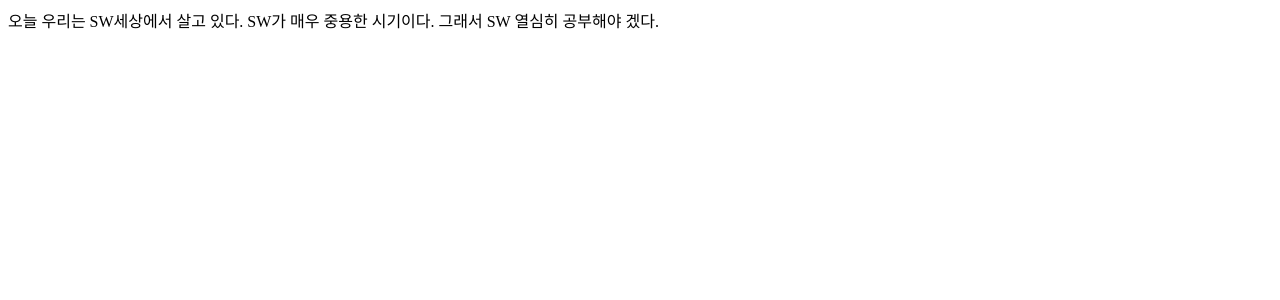
Repository: RyuJelly/java_web
Page: JavaScript/WebContent/inner/i_exam05.html
These files come from the project's save history. The page is drawn as it stood at one moment and after the next save; the edit follows.
The browser window is 1280 px wide. The pictures show the whole page.

Above is the page before, as saved 2021-03-11 01:33:08.

### JavaScript/WebContent/inner/i_exam05.html
<!DOCTYPE html>
<html>
<head>
<meta charset="UTF-8">
<title>Insert title here</title>
<script type="text/javascript">
	// 문자열.match(정규표현식) => 매칭된 결과(문자열)
/* 	var result = 'sports'.match(/sp/);

	if(result){
		alert("포함");
	} */

	//ReqExp.exec('문자열') => 매칭된 결과(문자열)
/* 	var str = "ffjfJSssss js fkdkdJS JS ffffjs"
	var re = /JS/ig;	// i: 소대문자 구분없이, g: 전역검사
	var result = re.exec(str);

	while(result){
		document.write(result + "<br>");
		result = re.exec(str);
	}	 */

	// 퀴즈
	/* var str = "This is a data : March 11 2021";
	var re = /\w*\s\d+\s\d+/;
	var result = str.match(re);

	document.write(result); */

	// 문자열.replace(정규표현식, 변경문자열);
	/* var str = "Java--JavaScript";
	var re = /(\w+)-*(\w+)/;
	var result = str.replace(re, "$2-$1");
	document.write(result); */

	// 퀴즈: sw => 소프트웨어
	var str = "오늘 우리는 SW세상에서 살고 있다. SW가 매우 중용한 시기이다. 그래서 SW 열심히 공부해야 겠다.";
	var re = /sw/;
	var result = str.replace(re, "소프트웨어");

	document.write(result);



</script>
</head>
<body>

</body>
</html>

After the next save:
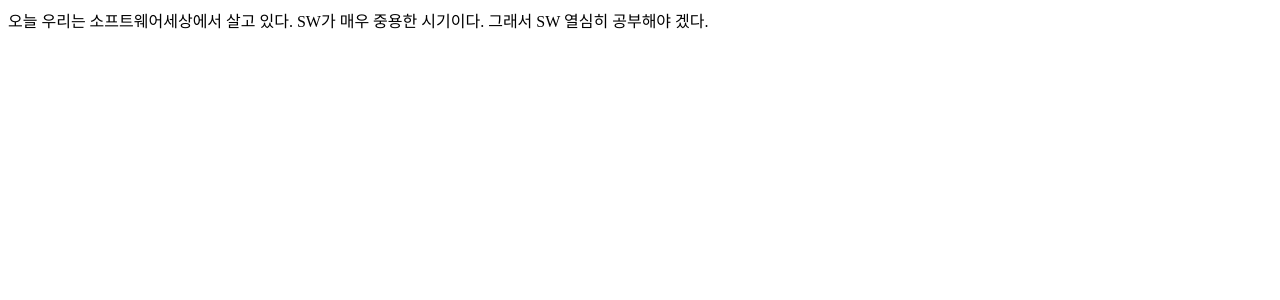
Saved 26 s later.
--- a/JavaScript/WebContent/inner/i_exam05.html
+++ b/JavaScript/WebContent/inner/i_exam05.html
@@ -36,7 +36,7 @@
 
 	// 퀴즈: sw => 소프트웨어
 	var str = "오늘 우리는 SW세상에서 살고 있다. SW가 매우 중용한 시기이다. 그래서 SW 열심히 공부해야 겠다.";
-	var re = /sw/;
+	var re = /SW/;
 	var result = str.replace(re, "소프트웨어");
 
 	document.write(result);
